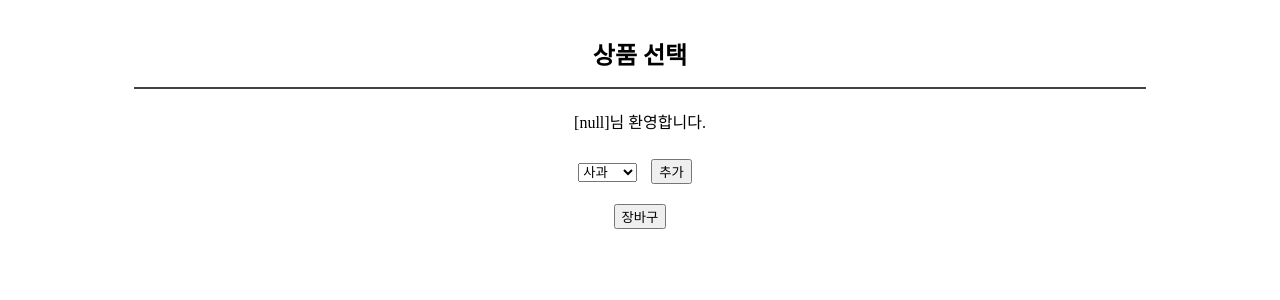
Repository: Leesuhwan1445/jspworks
Page: http://localhost/jweb01/cart/selProduct.jsp
These files come from the project's save history. The page is drawn as it stood at one moment and after the next save; the edit follows.
The browser window is 1280 px wide. The pictures show the whole page.
The page is served by Tomcat 10. Other server files are loaded and not shown.

Above is the page before, as saved 2025-10-13 04:06:52.

### jweb01/src/main/webapp/cart/selProduct.jsp
<%@ page language="java" contentType="text/html; charset=UTF-8"
    pageEncoding="UTF-8"%>
<!DOCTYPE html>
<html>
<head>
<meta charset="UTF-8">
<title>Insert title here</title>
<link rel="stylesheet" href="../resources/css/style.css">
</head>
<%
	//입력된 이름 받아오기
	String name = request.getParameter("username");

	//세션발급
	session.setAttribute("sessionName", name);
%>
<body>
	<section id = "container">
	<h2>상품 선택</h2>
	<p>[<%=session.getAttribute("sessionName") %>]님 환영합니다.</p>
	<form action = "addProduct.jsp" method = "post">

		<select name="product">
		<option value = "사과">사과</option>
		<option value = "바나나">바나나</option>
		<option value = "포도">포도</option>
		</select>
		<button type = "submit">추가</button>
	</form>
	<button>장바구</button>
	</section>
</body>
</html>

### jweb01/src/main/webapp/resources/css/style.css
@charset "UTF-8";

#container{width: 80%; margin: 0 auto; text-align: center;}
h2{border-bottom: 2px solid #444; padding: 16px;}
button{margin: 10px}

After the next save:
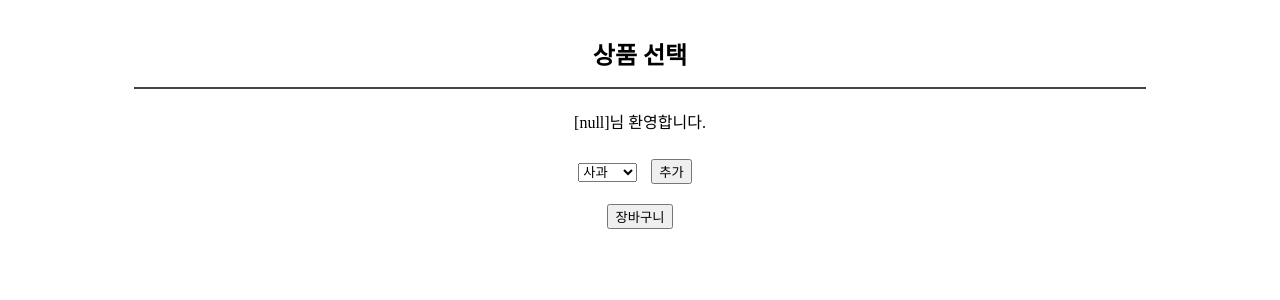
Saved 7 s later.
--- a/jweb01/src/main/webapp/cart/selProduct.jsp
+++ b/jweb01/src/main/webapp/cart/selProduct.jsp
@@ -27,7 +27,7 @@
 		</select>
 		<button type = "submit">추가</button>
 	</form>
-	<button>장바구</button>
+	<button type = "submit">장바구니</button>
 	</section>
 </body>
 </html>
